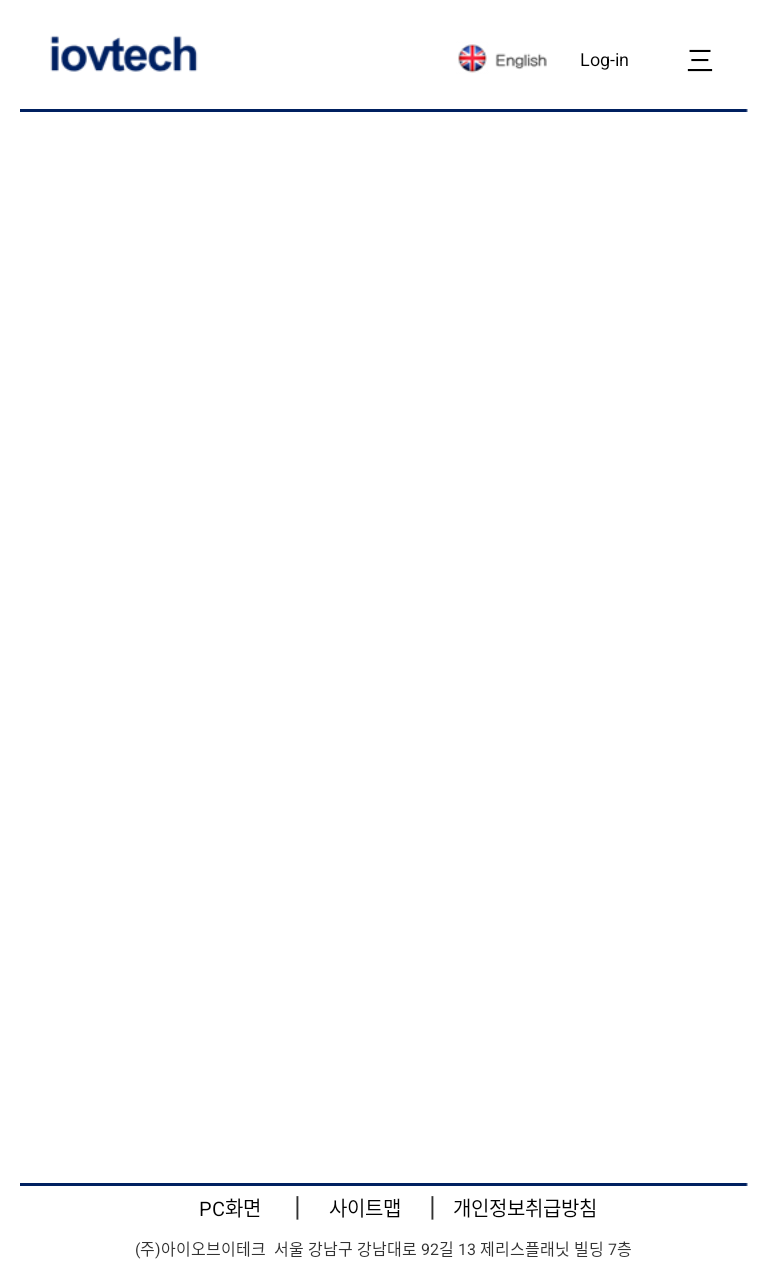
Repository: hyekkyung/CDH_Tutorials
Layout: Mobile_IOV/res/layout/test_page_1.xml
The author's editor kept a copy of each file at every save. The layout is drawn from the files as they stood at one save, then again after the next save.
It is drawn on a 768 x 1280 px phone screen (xhdpi) without system bars, with theme AppTheme; the app's code is not run.

Above is the layout before, as saved 2015-02-02 06:43:04.

### Mobile_IOV/res/layout/test_page_1.xml
<?xml version="1.0" encoding="utf-8"?>
<RelativeLayout xmlns:android="http://schemas.android.com/apk/res/android"
    android:layout_width="match_parent"
    android:layout_height="match_parent"
    android:paddingLeft="10sp"
    android:paddingRight="10sp"
    android:paddingBottom="10sp"
    android:paddingTop="5sp" >

    <LinearLayout
        android:id="@+id/linearLayout1"
        android:layout_width="wrap_content"
        android:layout_height="wrap_content"
        android:layout_alignParentLeft="true"
        android:layout_alignParentRight="true"
        android:layout_alignParentTop="true" >

        <ImageButton
            style="?android:attr/buttonStyleSmall"
            android:layout_width="wrap_content"
            android:layout_height="wrap_content"
            android:background="#FFFFFF"
            android:src="@drawable/logo_03" />

        <ImageButton
       		android:id="@+id/kor_btn"
            style="?android:attr/buttonStyleSmall"
            android:layout_width="wrap_content"
            android:layout_height="wrap_content"
            android:background="#FFFFFF"
            android:layout_weight="0.5"
            android:layout_marginLeft="25sp"
            android:onClick="mOnclick" />

        <ImageView
       		android:id="@+id/lang_btn"
            android:layout_width="wrap_content"
            android:layout_height="wrap_content"
            android:background="@drawable/eng_btn"
            android:paddingLeft="3sp"
            android:onClick="mOnclick"
            android:layout_gravity="center" />

        <Button
            style="?android:attr/buttonStyleSmall"
            android:layout_width="wrap_content"
            android:layout_height="wrap_content"
            android:background="#FFFFFF"
            android:text="Log-in"
            android:textSize="9sp"
            android:layout_gravity="center" />

        <Button
            style="?android:attr/buttonStyleSmall"
            android:layout_width="wrap_content"
            android:layout_height="wrap_content"
            android:background="#FFFFFF"
            android:text="三"
            android:layout_gravity="center" />

    </LinearLayout>

    <ImageView
        android:id="@+id/imageView1"
        android:layout_width="wrap_content"
        android:layout_height="wrap_content"
        android:layout_below="@+id/linearLayout1"
        android:layout_centerHorizontal="true"
        android:src="@drawable/sep_line" />

    <TextView
        android:id="@+id/textView1"
        android:layout_width="wrap_content"
        android:layout_height="wrap_content"
        android:layout_alignParentBottom="true"
        android:layout_centerHorizontal="true"
        android:paddingTop="5sp"
        android:text="(주)아이오브이테크  서울 강남구 강남대로 92길 13 제리스플래닛 빌딩 7층"
        android:textSize="8sp" />

    <LinearLayout
        android:id="@+id/linearLayout2"
        android:layout_width="wrap_content"
        android:layout_height="wrap_content"
        android:layout_above="@+id/textView1"
        android:layout_centerHorizontal="true" >

        <Button
            android:id="@+id/pc_btn"
            android:layout_width="wrap_content"
            android:layout_height="20sp"
            android:background="#FFFFFF"
            android:text=" PC화면 "
            android:textSize="10sp" />

        <TextView
            android:layout_width="wrap_content"
            android:layout_height="wrap_content"
            android:text="|"
            android:textAppearance="?android:attr/textAppearanceSmall" />

        <Button
            android:id="@+id/sitemap_btn"
            android:layout_width="wrap_content"
            android:layout_height="20sp"
            android:background="#FFFFFF"
            android:text=" 사이트맵 "
            android:textSize="10sp" />

        <TextView
            android:layout_width="wrap_content"
            android:layout_height="wrap_content"
            android:text="| "
            android:textAppearance="?android:attr/textAppearanceSmall" />

        <Button
            android:id="@+id/personal_btn"
            android:layout_width="wrap_content"
            android:layout_height="20sp"
            android:background="#FFFFFF"
            android:text="  개인정보취급방침 "
            android:textSize="10sp" />
    </LinearLayout>

    <ImageView
        android:id="@+id/imageView3"
        android:layout_width="wrap_content"
        android:layout_height="wrap_content"
        android:layout_above="@+id/linearLayout2"
        android:layout_alignLeft="@+id/imageView1"
        android:paddingTop="5sp"
        android:src="@drawable/sep_line" />

    <RelativeLayout
        android:layout_width="wrap_content"
        android:layout_height="wrap_content"
        android:layout_alignBottom="@+id/imageView3"
        android:layout_alignParentLeft="true"
        android:layout_alignRight="@+id/imageView3"
        android:layout_below="@+id/imageView1"
        android:paddingBottom="10sp"
        android:paddingLeft="10sp"
        android:paddingRight="10sp"
        android:paddingTop="10sp" >
    </RelativeLayout>

</RelativeLayout>

Loaded but not shown: Mobile_IOV/res/values/styles.xml (common file); Mobile_IOV/res/values-v11/styles.xml (common file); Mobile_IOV/res/values-v14/styles.xml (common file)

After the next save:
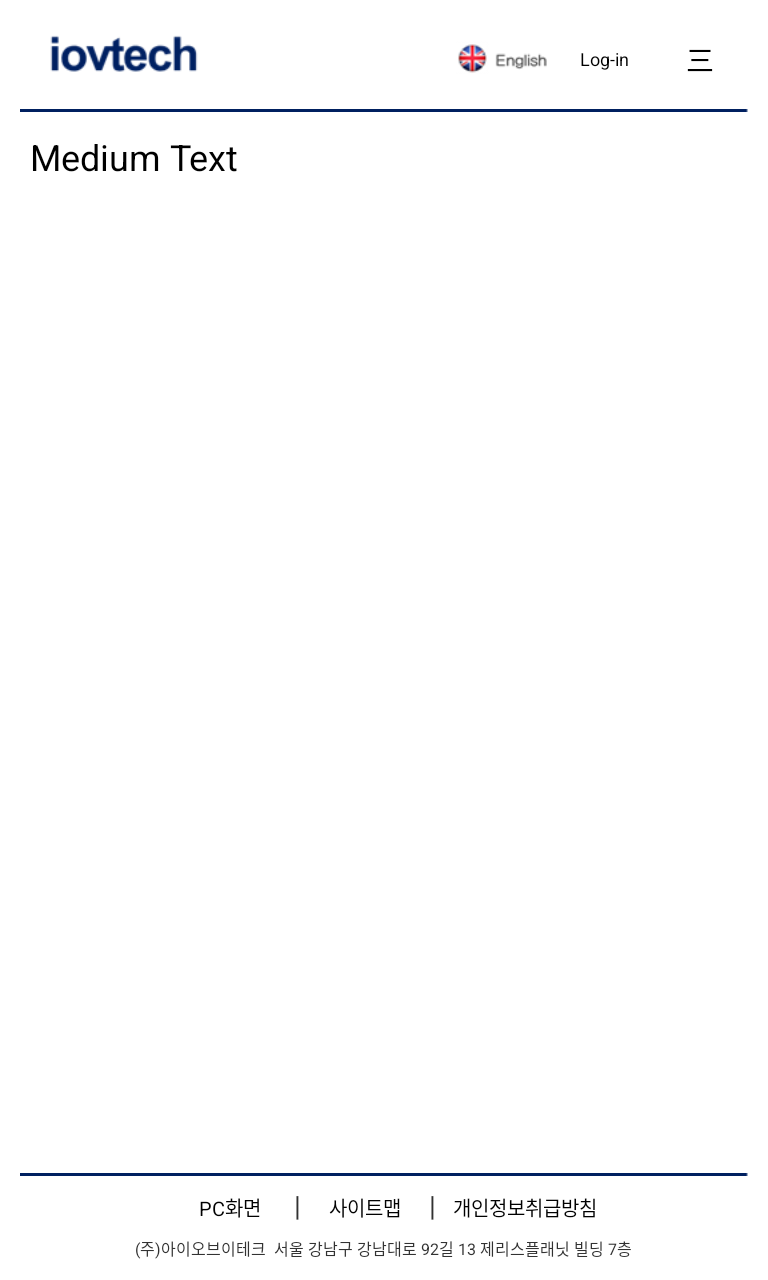
Saved 23 min 6 s later.
--- a/Mobile_IOV/res/layout/test_page_1.xml
+++ b/Mobile_IOV/res/layout/test_page_1.xml
@@ -16,6 +16,7 @@
         android:layout_alignParentTop="true" >
 
         <ImageButton
+       		android:id="@+id/home_btn"
             style="?android:attr/buttonStyleSmall"
             android:layout_width="wrap_content"
             android:layout_height="wrap_content"
@@ -42,6 +43,7 @@
             android:layout_gravity="center" />
 
         <Button
+       		android:id="@+id/join_btn"
             style="?android:attr/buttonStyleSmall"
             android:layout_width="wrap_content"
             android:layout_height="wrap_content"
@@ -51,6 +53,7 @@
             android:layout_gravity="center" />
 
         <Button
+       		android:id="@+id/sub_btn"
             style="?android:attr/buttonStyleSmall"
             android:layout_width="wrap_content"
             android:layout_height="wrap_content"
@@ -129,19 +132,47 @@
         android:layout_above="@+id/linearLayout2"
         android:layout_alignLeft="@+id/imageView1"
         android:paddingTop="5sp"
+        android:paddingBottom="5sp"
         android:src="@drawable/sep_line" />
 
-    <RelativeLayout
+    <LinearLayout
         android:layout_width="wrap_content"
         android:layout_height="wrap_content"
-        android:layout_alignBottom="@+id/imageView3"
+        android:layout_above="@+id/imageView3"
         android:layout_alignParentLeft="true"
         android:layout_alignRight="@+id/imageView3"
         android:layout_below="@+id/imageView1"
         android:paddingBottom="10sp"
-        android:paddingLeft="10sp"
         android:paddingRight="10sp"
-        android:paddingTop="10sp" >
-    </RelativeLayout>
+        android:paddingLeft="5sp"
+        android:paddingTop="10sp"
+        android:orientation="vertical" >
+
+        <TextView
+            android:id="@+id/textView2"
+            android:layout_width="wrap_content"
+            android:layout_height="wrap_content"
+            android:text="Medium Text"
+            android:textAppearance="?android:attr/textAppearanceMedium" />
+
+        <ScrollView
+            android:id="@+id/scrollView1"
+            android:layout_width="match_parent"
+            android:layout_height="match_parent" >
+
+            <LinearLayout
+                android:layout_width="match_parent"
+                android:layout_height="match_parent" >
+
+                <LinearLayout
+                    android:layout_width="wrap_content"
+                    android:layout_height="match_parent"
+                    android:orientation="vertical" >
+                </LinearLayout>
+            </LinearLayout>
+
+        </ScrollView>
+
+    </LinearLayout>
 
 </RelativeLayout>
